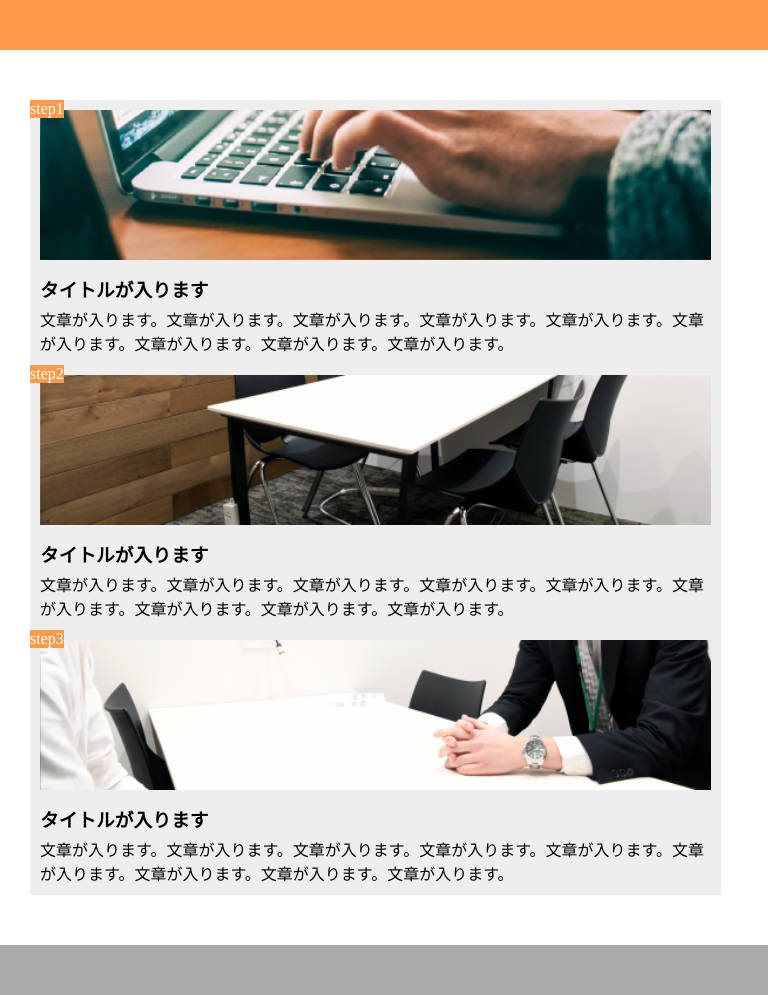
Repository: Tyubyasa/abc
Page: chapter9-2/chapter9-2.html
The author's editor kept a record of every edit. The page is drawn from the files as they stood at one moment, then again after the next edit.
The browser window is 768 px wide. The pictures show the whole page.

Above is the page before.

After the next edit:
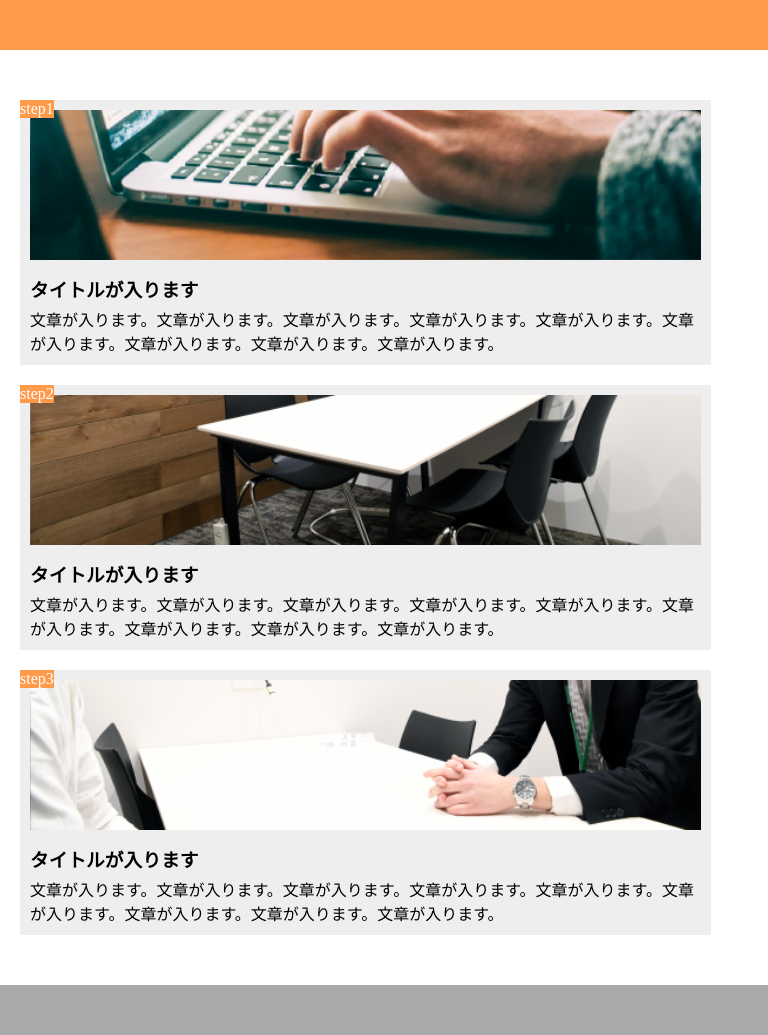
The edit:
--- a/chapter9-2/chapter9-2.css
+++ b/chapter9-2/chapter9-2.css
@@ -71,14 +71,9 @@
   display: block;
 }
 
-{
-  margin:0; padding:0;
-}
-
 .step-box {
   width: 90%;
-margin-left: 30px;
-margin-right: 30px;
+  margin: 20px;
 }
 
 }
